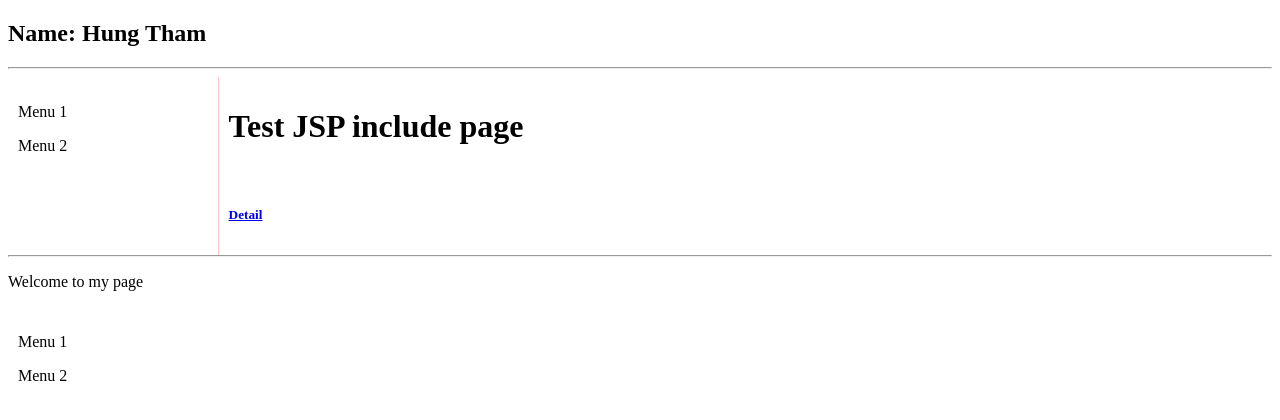
Repository: hunggtham/First-Jsp-and-Servlet-Project
Page: http://localhost/5JspInclude/Home.jsp
These files come from the project's save history. The page is drawn as it stood at one moment and after the next save; the edit follows.
The browser window is 1280 px wide. The pictures show the whole page.
The page is served by Tomcat 9.

Above is the page before, as saved 2022-07-24 10:34:27.

### 5JspInclude/src/main/webapp/Home.jsp
<%@ page language="java" contentType="text/html; charset=UTF-8"
	pageEncoding="UTF-8"%>
<!DOCTYPE html>
<html>
<head>
<meta charset="UTF-8">
<title>Home page</title>
</head>
<body>
	<jsp:include page="Header.jsp"></jsp:include>
	<jsp:include page="Menu.jsp"></jsp:include>
	<div
		style="float: left; padding: 10px; width: 80%; border-left: 1px solid pink;">
		<h1>Test JSP include page</h1>
		<br/>
		<h5>
			<a href="Detail.jsp">Detail</a>
		</h5>
	</div>
	<jsp:include page="Footer.jsp"></jsp:include>
	<jsp:include page="Menu.jsp"></jsp:include>

</body>
</html>

### 5JspInclude/src/main/webapp/Header.jsp
<%@ page language="java" contentType="text/html; charset=UTF-8"
	pageEncoding="UTF-8"%>
<!DOCTYPE html>
<html>
<head>
<meta charset="UTF-8">
<title>HeaderPage</title>
</head>
<body>
	<div>
		<h2>Name: Hung Tham</h2>
		<hr />
	</div>
</body>
</html>

### 5JspInclude/src/main/webapp/Menu.jsp
<%@ page language="java" contentType="text/html; charset=ISO-8859-1"
	pageEncoding="ISO-8859-1"%>
<!DOCTYPE html>
<html>
<head>
<meta charset="ISO-8859-1">
<title>Menu</title>
</head>
<body>
	<div style="float: left; padding: 10px; width: 15%;">
		<p>Menu 1</p>
		<p>Menu 2</p>
	</div>
</body>
</html>

### 5JspInclude/src/main/webapp/Footer.jsp
<%@ page language="java" contentType="text/html; charset=ISO-8859-1"
	pageEncoding="ISO-8859-1"%>
<!DOCTYPE html>
<html>
<head>
<meta charset="ISO-8859-1">
<title>Footer</title>
</head>
<body>
	<div style="clear: both;">
		<hr />
		<p>Welcome to my page</p>
	</div>
</body>
</html>

After the next save:
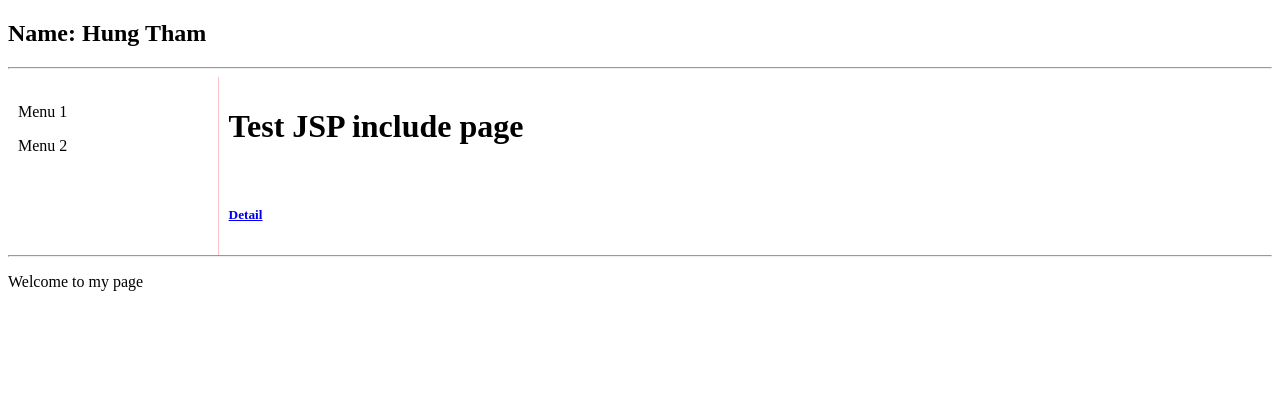
Saved 16 s later.
--- a/5JspInclude/src/main/webapp/Home.jsp
+++ b/5JspInclude/src/main/webapp/Home.jsp
@@ -18,7 +18,6 @@
 		</h5>
 	</div>
 	<jsp:include page="Footer.jsp"></jsp:include>
-	<jsp:include page="Menu.jsp"></jsp:include>
 
 </body>
 </html>
